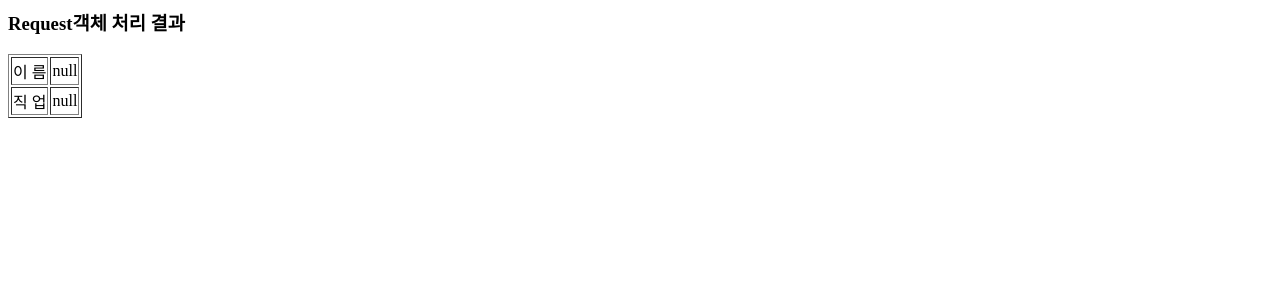
Repository: kdh4357065/3_highjava
Page: http://localhost/webTest/requestTest01.do
These files come from the project's save history. The page is drawn as it stood at one moment and after the next save; the edit follows.
The browser window is 1280 px wide. The pictures show the whole page.
The page is served by Tomcat 9.

Above is the page before, as saved 2023-03-28 03:09:46.

After the next save:
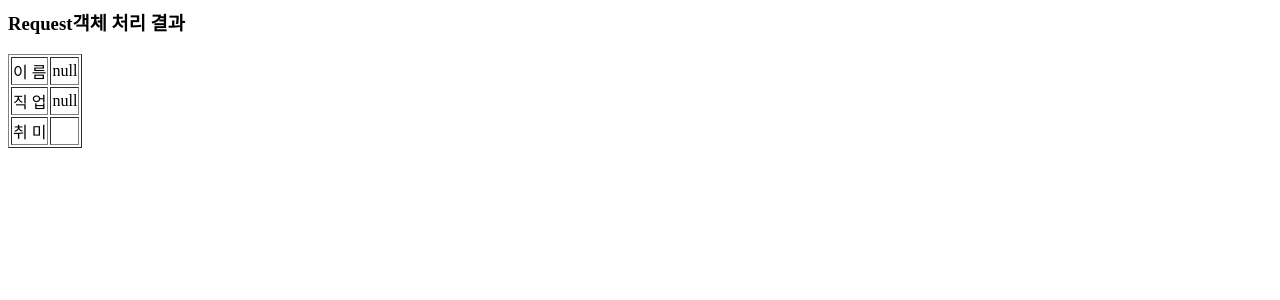
Saved 3 min 49 s later.
--- a/WorkSpace/webTest/src/main/java/kr/or/ddit/basic/reqNresp/RequestTest01.java
+++ b/WorkSpace/webTest/src/main/java/kr/or/ddit/basic/reqNresp/RequestTest01.java
@@ -26,6 +26,7 @@ public class RequestTest01 extends HttpServlet {
 
 		//request.getParameterValues("파라미터명") ==> '파라미터명'이 같은 것이 여러개일 경우에 사용한다.
 		//			==>가져오는 '값'의 자료형은 'String[]'이 된다.
+		//			==>지정한 '파라미커명'이 없으면 null을 반환한다.
 
 		//getParameterValues()를 이용해서 'hobby'로 설정된 <form>의 체크박스 값들을 모두 읽어오기
 		String[] hobbies = request.getParameterValues("hobby");
@@ -42,6 +43,17 @@ public class RequestTest01 extends HttpServlet {
 		out.println("<tr><td>이 름</td><td>" + userName + "</td></tr>");
 		out.println("<tr><td>직 업</td><td>" + job + "</td></tr>");
 
+		out.println("<tr><td>취 미</td>");
+		out.println("<td>");
+		if(hobbies != null) {
+
+			//배열 개수만큼 반복 처리
+			for(int i=0; i<hobbies.length; i++) {
+				out.println(hobbies[i] + "<br>");
+			}
+		}
+		out.println("</td></tr>");
+
 		out.println("</table>");
 
 		out.println("</body></html>");
